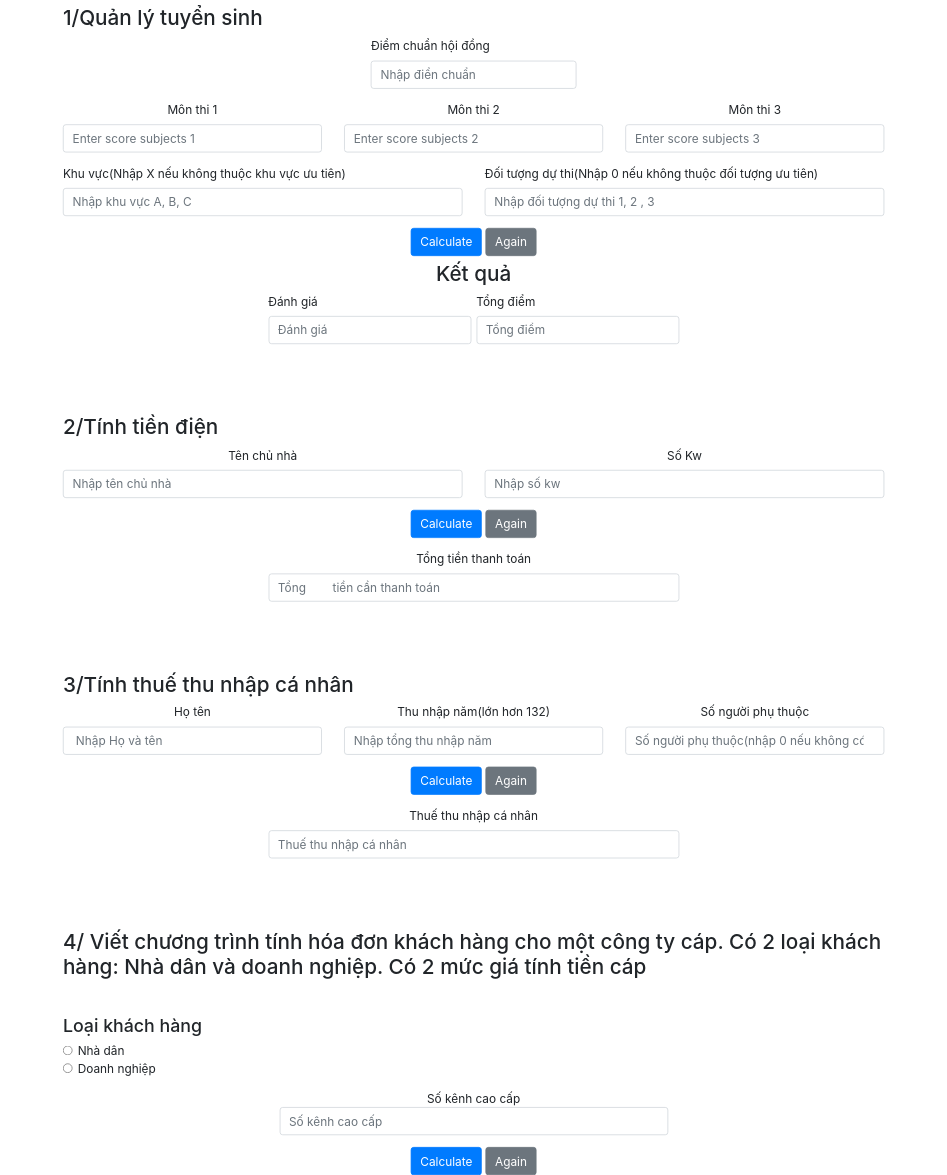
Repository: baobaodeveloper/bootcamp21__jsbasic4_HuynhAnhBao
Page: index.html
An editor plug-in stored every save of this project. The page is shown before and after the next save, followed by the edit.
The browser window is 1280 px wide. The pictures show the whole page, at 74% of full size.

Above is the page before, as saved 2022-03-13 23:24:15.

### index.html
<!DOCTYPE html>
<html lang="en">
  <head>
    <title>Exercise3</title>
    <!-- Required meta tags -->
    <meta charset="utf-8" />
    <meta
      name="viewport"
      content="width=device-width, initial-scale=1, shrink-to-fit=no"
    />

    <!-- Bootstrap CSS -->
    <link
      rel="stylesheet"
      href="https://stackpath.bootstrapcdn.com/bootstrap/4.3.1/css/bootstrap.min.css"
      integrity="sha384-ggOyR0iXCbMQv3Xipma34MD+dH/1fQ784/j6cY/iJTQUOhcWr7x9JvoRxT2MZw1T"
      crossorigin="anonymous"
    />
  </head>
  <body>
    <!-- 1/Quản lý tuyển sinh -->
    <div class="container mt-2">
      <h3>1/Quản lý tuyển sinh</h3>

      <div class="mb-3 w-25 m-auto">
        <label>Điểm chuẩn hội đồng</label>
        <input
          type="number"
          class="form-control"
          id="score"
          placeholder="Nhập điển chuẩn"
        />
      </div>

      <div class="row mt-3 text-center">
        <div class="col">
          <label>Môn thi 1</label>
          <input
            type="number"
            class="form-control"
            id="score1"
            placeholder="Enter score subjects 1"
          />
        </div>
        <div class="col">
          <label>Môn thi 2</label>
          <input
            type="number"
            class="form-control"
            id="score2"
            placeholder="Enter score subjects 2"
          />
        </div>
        <div class="col">
          <label>Môn thi 3</label>
          <input
            type="number"
            class="form-control"
            id="score3"
            placeholder="Enter score subjects 3"
          />
        </div>
      </div>

      <div class="row mt-3">
        <div class="col">
          <label>Khu vực(Nhập X nếu không thuộc khu vực ưu tiên)</label>
          <input
            type="text"
            class="form-control"
            placeholder="Nhập khu vực A, B, C"
            id="area"
          />
        </div>
        <div class="col">
          <label
            >Đối tượng dự thi(Nhập 0 nếu không thuộc đối tượng ưu tiên)</label
          >
          <input
            type="number"
            class="form-control"
            placeholder="Nhập đối tượng dự thi 1, 2 , 3"
            id="object"
          />
        </div>
      </div>

      <div class="text-center mt-3">
        <button type="button" class="btn btn-primary" id="scoreBtn">
          Calculate
        </button>
        <button type="button" class="btn btn-secondary" id="score-btn-again">
          Again
        </button>
      </div>

      <h3 class="text-center mt-2">Kết quả</h3>

      <div class="mb-3 w-50 d-flex m-auto justify-content-between">
        <div>
          <label>Đánh giá</label>
          <input
            type="email"
            class="form-control"
            placeholder="Đánh giá"
            id="evaluate"
          />
        </div>

        <div>
          <label>Tổng điểm</label>
          <input
            type="email"
            class="form-control"
            placeholder="Tổng điểm"
            id="total-score"
          />
        </div>
      </div>
    </div>

    <!-- 2/Tính tiền điện -->
    <div class="container mt-lg-5 pt-5">
      <h3>2/Tính tiền điện</h3>
      <div class="row text-center">
        <div class="col">
          <label class="form-label">Tên chủ nhà</label>
          <input
            type="text"
            class="form-control"
            id="host"
            placeholder="Nhập tên chủ nhà"
          />
        </div>
        <div class="col">
          <label class="form-label">Số Kw</label>
          <input
            type="number"
            id="number-kw"
            class="form-control"
            placeholder="Nhập số kw"
          />
        </div>
      </div>

      <div class="text-center mt-3">
        <button type="button" class="btn btn-primary" id="electricBill">
          Calculate
        </button>
        <button type="button" class="btn btn-secondary" id="electricbill-again">
          Again
        </button>
      </div>

      <div class="w-50 m-auto pt-3 text-center">
        <label class="form-label">Tổng tiền thanh toán</label>
        <input
          type="text"
          class="form-control"
          id="total-pay"
          placeholder="Tổng
        tiền cần thanh toán"
        />
      </div>
    </div>

    <!-- 3/Tính thuế thu nhập cá nhân -->
    <div class="container mt-lg-5 pt-5">
      <h3>3/Tính thuế thu nhập cá nhân</h3>
      <div class="row text-center">
        <div class="col">
          <label class="form-label">Họ tên</label>
          <input
            type="text"
            class="form-control"
            id="name"
            placeholder=" Nhập Họ và tên"
          />
        </div>
        <div class="col">
          <label class="form-label">Thu nhập năm(lớn hơn 132)</label>
          <input
            type="number"
            id="gross-pay"
            class="form-control"
            placeholder="Nhập tổng thu nhập năm"
          />
        </div>
        <div class="col">
          <label class="form-label">Số người phụ thuộc</label>
          <input
            type="number"
            id="number-people"
            class="form-control"
            placeholder="Số người phụ thuộc(nhập 0 nếu không có)"
          />
        </div>
      </div>

      <div class="text-center mt-3">
        <button type="button" class="btn btn-primary" id="personal-income-tax">
          Calculate
        </button>
        <button
          type="button"
          class="btn btn-secondary"
          id="personal-income-tax-again"
        >
          Again
        </button>
      </div>

      <div class="w-50 m-auto pt-3 text-center">
        <label class="form-label">Thuế thu nhập cá nhân</label>
        <input
          type="text"
          class="form-control"
          id="assessable-income"
          placeholder="Thuế thu nhập cá nhân"
        />
      </div>
    </div>

    <!-- 4/ Viết chương trình tính hóa đơn khách hàng cho một công ty cáp. Có 2 loại khách hàng:
    Nhà dân và doanh nghiệp. Có 2 mức giá tính tiền cáp-->
    <div class="container mt-5 pt-5">
      <h3>
        4/ Viết chương trình tính hóa đơn khách hàng cho một công ty cáp. Có 2
        loại khách hàng: Nhà dân và doanh nghiệp. Có 2 mức giá tính tiền cáp
      </h3>
      <h4 class="mt-5 mt-2">Loại khách hàng</h4>
      <div class="form-check">
        <input
          class="form-check-input"
          type="radio"
          name="flexRadioDefault"
          id="flexRadioDefault1"
          value="private-house"
        />
        <label class="form-check-label" for="flexRadioDefault1">Nhà dân</label>
      </div>
      <div class="form-check">
        <input
          class="form-check-input"
          type="radio"
          name="flexRadioDefault"
          id="flexRadioDefault2"
          value="business"
        />
        <label class="form-check-label" for="flexRadioDefault2">
          Doanh nghiệp
        </label>
      </div>

      <div class="row pt-3 text-center w-50 m-auto">
        <div class="col d-none">
          <label class="form-check-label">Số kết nối</label>
          <input type="number" class="form-control" placeholder="Số kết nối" />
        </div>
        <div class="col">
          <label class="form-check-label">Số kênh cao cấp</label>
          <input
            type="number"
            class="form-control"
            placeholder="Số kênh cao cấp"
          />
        </div>
      </div>

      <div class="text-center mt-3">
        <button type="button" class="btn btn-primary" id="personal-income-tax">
          Calculate
        </button>
        <button
          type="button"
          class="btn btn-secondary"
          id="personal-income-tax-again"
        >
          Again
        </button>
      </div>
    </div>
    <!-- Optional JavaScript -->
    <!-- jQuery first, then Popper.js, then Bootstrap JS -->
    <script
      src="https://code.jquery.com/jquery-3.3.1.slim.min.js"
      integrity="sha384-q8i/X+965DzO0rT7abK41JStQIAqVgRVzpbzo5smXKp4YfRvH+8abtTE1Pi6jizo"
      crossorigin="anonymous"
    ></script>
    <script
      src="https://cdnjs.cloudflare.com/ajax/libs/popper.js/1.14.7/umd/popper.min.js"
      integrity="sha384-UO2eT0CpHqdSJQ6hJty5KVphtPhzWj9WO1clHTMGa3JDZwrnQq4sF86dIHNDz0W1"
      crossorigin="anonymous"
    ></script>
    <script
      src="https://stackpath.bootstrapcdn.com/bootstrap/4.3.1/js/bootstrap.min.js"
      integrity="sha384-JjSmVgyd0p3pXB1rRibZUAYoIIy6OrQ6VrjIEaFf/nJGzIxFDsf4x0xIM+B07jRM"
      crossorigin="anonymous"
    ></script>

    <!-- <script src="exercise1.js"></script> -->
    <!-- <script src="exercise2.js"></script> -->
    <!-- <script src="exercise3.js"></script> -->
    <script src="exercise4.js"></script>
  </body>
</html>

Loaded but not shown: exercise4.js (no stored copy; drawn as an empty file)

After the next save:
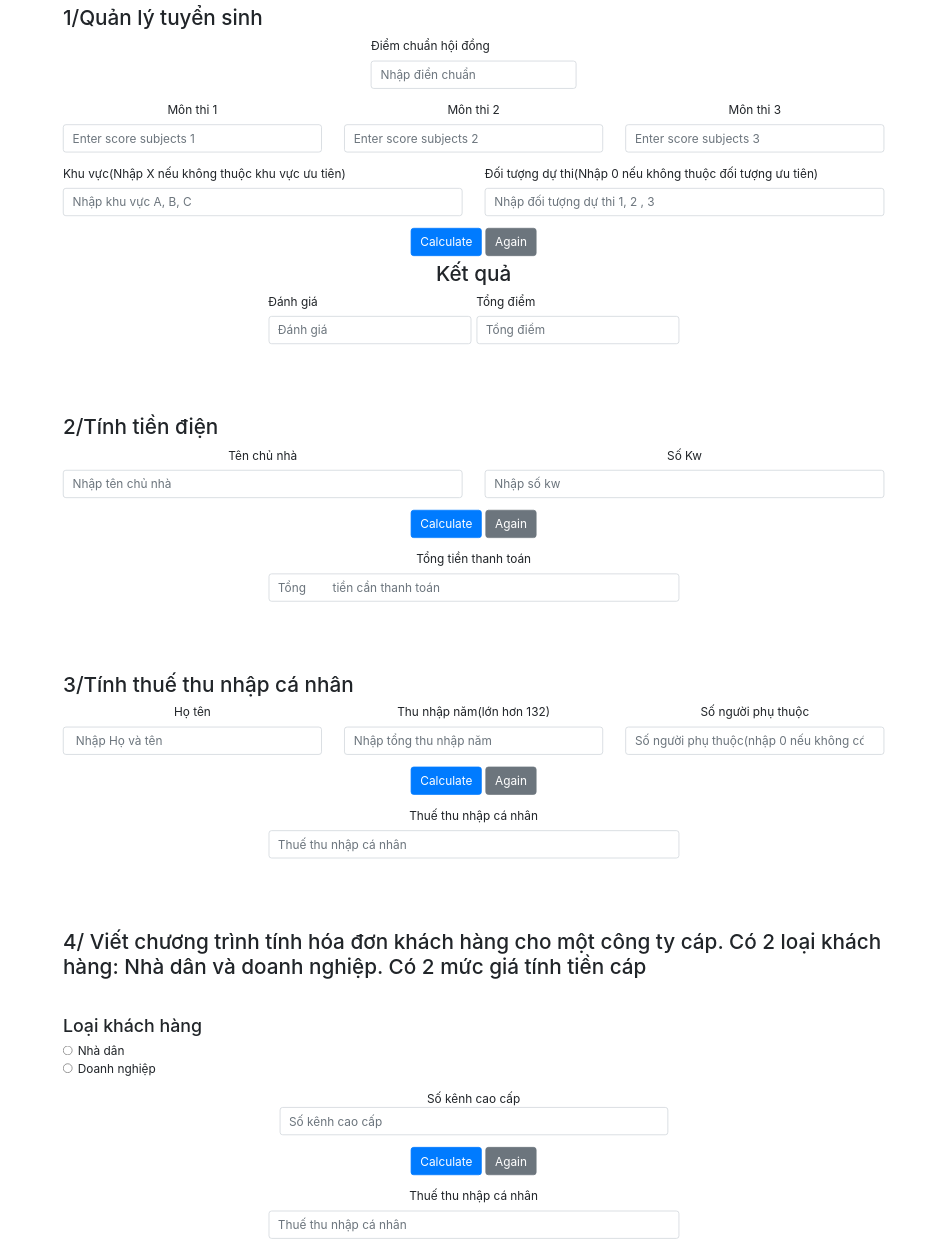
Saved 17 s later.
--- a/index.html
+++ b/index.html
@@ -278,6 +278,16 @@
         >
           Again
         </button>
+      </div>
+
+      <div class="w-50 m-auto pt-3 text-center">
+        <label class="form-label">Thuế thu nhập cá nhân</label>
+        <input
+          type="text"
+          class="form-control"
+          id="assessable-income"
+          placeholder="Thuế thu nhập cá nhân"
+        />
       </div>
     </div>
     <!-- Optional JavaScript -->
